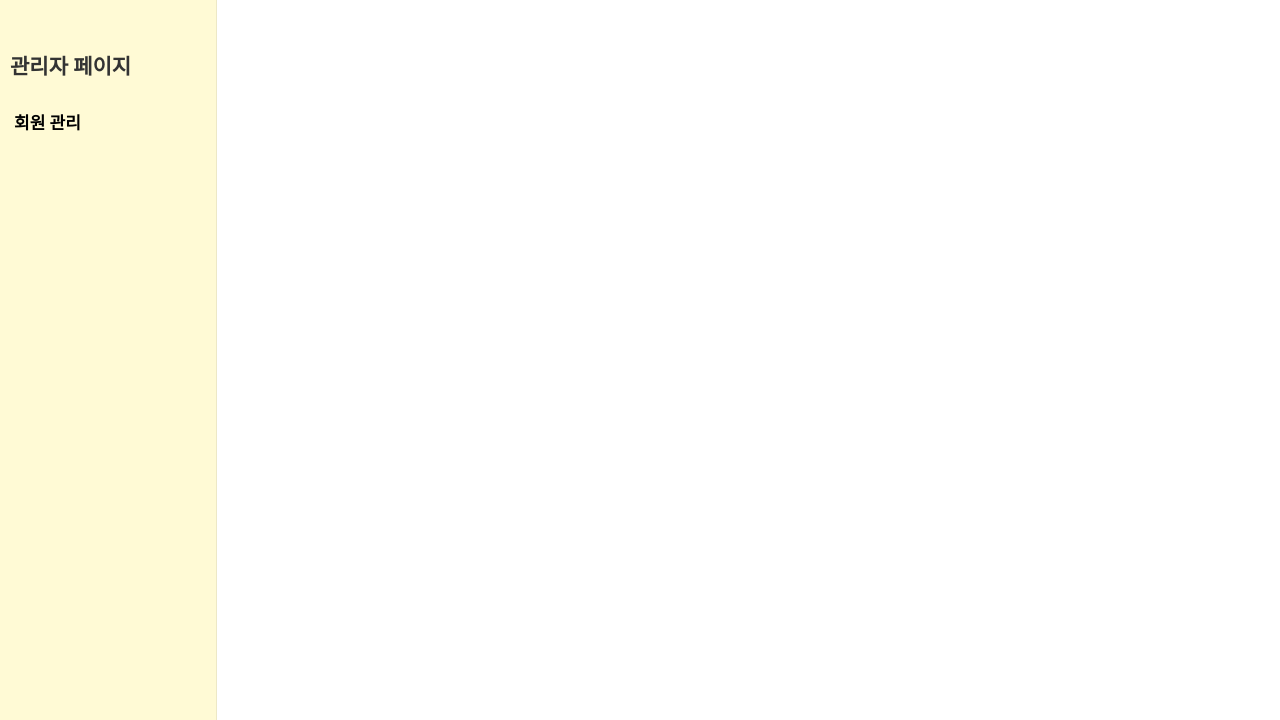
Repository: hyodii/FinalProject
Page: http://localhost/ViewPage/sidebar.jsp
An editor plug-in stored every save of this project. The page is shown before and after the next save, followed by the edit.
The browser window is 1280 px wide. The pictures show the whole page.
Some icons come from a web library that is not loaded, so they are not drawn. The page is served by Tomcat 9.

Above is the page before, as saved 2021-12-13 06:47:28.

After the next save:
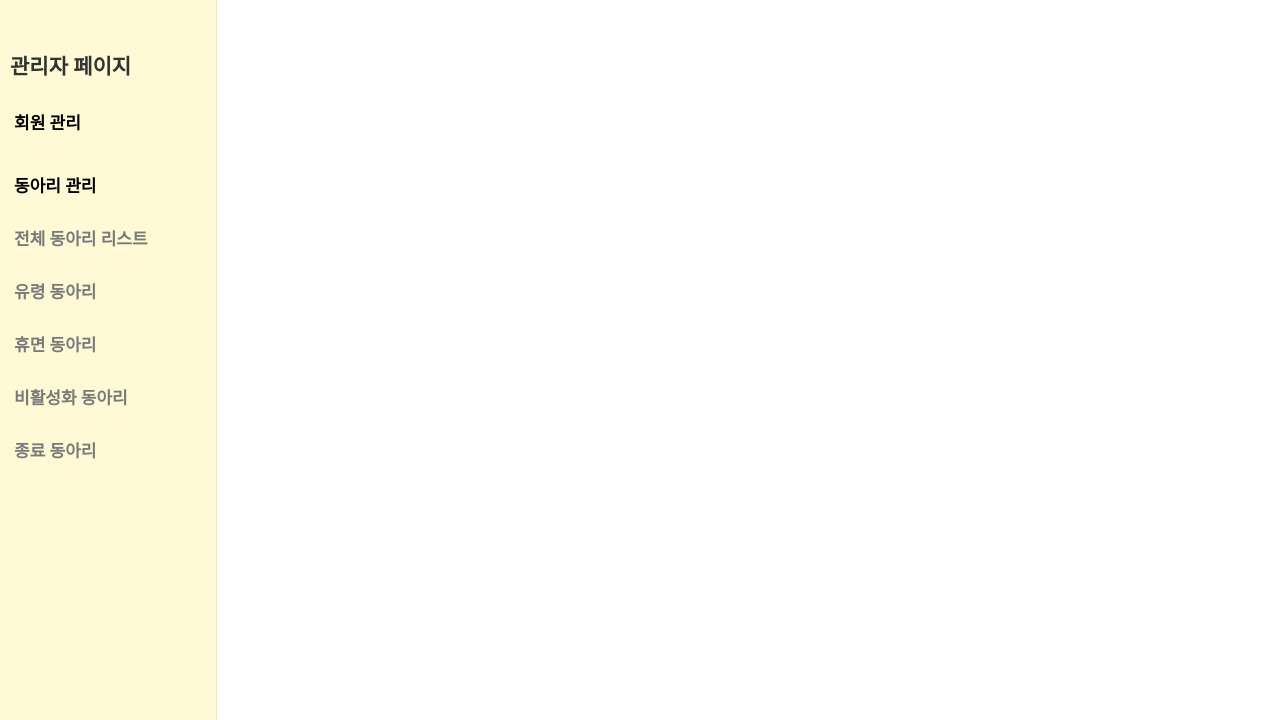
Saved 43 s later.
--- a/ViewPage/WebContent/sidebar.jsp
+++ b/ViewPage/WebContent/sidebar.jsp
@@ -172,6 +172,16 @@ ul
 						<li><a href="#">탈퇴회원</a></li>
 	                </ul>
 	            </ul>
+	            <ul class="big_menu">
+	                <li>동아리 관리<i class="arrow fas fa-angle-right"></i></li>
+	                <ul class="subSidebar">
+						<li><a href="#">전체 동아리 리스트</a></li>
+						<li><a href="#">유령 동아리</a></li>
+						<li><a href="#">휴면 동아리</a></li>
+						<li><a href="#">비활성화 동아리</a></li>
+						<li><a href="#">종료 동아리</a></li>
+					</ul>
+	            </ul>
 
 	        </div>
 	    </div>
